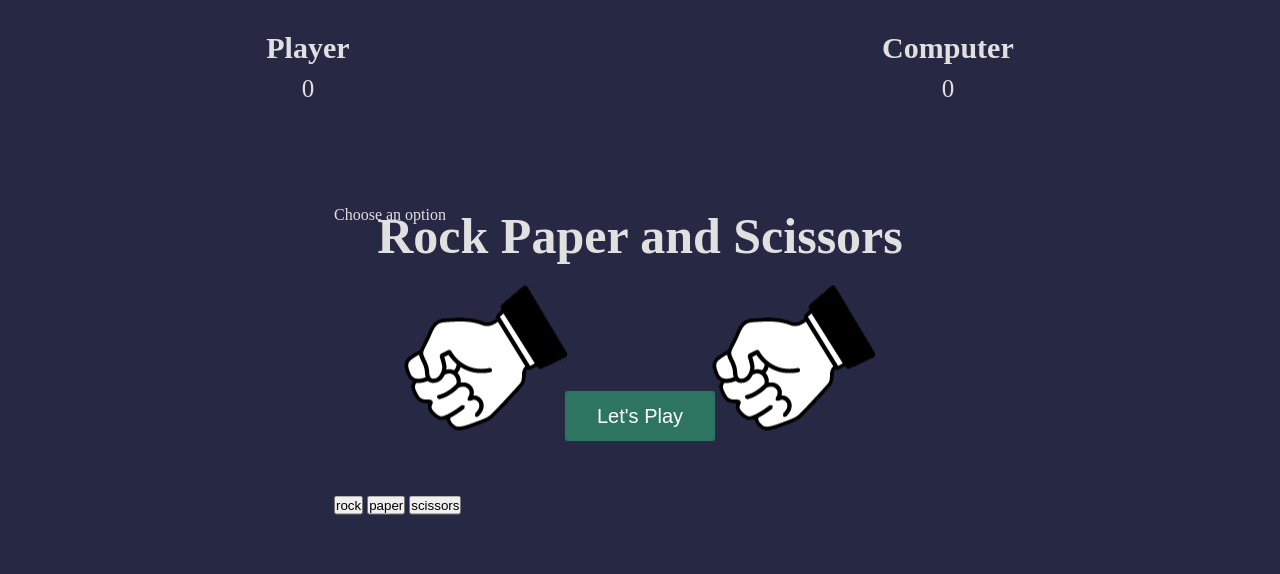
Repository: issaRan/Rock-Paper-Scissors
Page: index.html
An editor plug-in stored every save of this project. The page is shown before and after the next save, followed by the edit.
The browser window is 1280 px wide. The pictures show the whole page.

Above is the page before, as saved 2020-10-23 22:37:14.

### index.html
<!DOCTYPE html>
<html lang="en">
<head>
    <meta charset="UTF-8">
    <meta name="viewport" content="width=device-width, initial-scale=1.0">
    <title>Rock Paper Scissors</title>
    <link rel="stylesheet" href="./style.css">
    <script src="app.js"></script>
</head>
<body>
    <section class="game">
        <div class="score">
            <div class="player-score">
                <h2>Player</h2>
                <p>0</p>
            </div>
            <div class="computer-score">
                <h2>Computer</h2>
                <p>0</p>
            </div>
        </div>
        <div class="intro">
            <h1>Rock Paper and Scissors</h1>
            <button>Let's Play</button>
        </div>
        <div class="match">
            <div class="winner">Choose an option</div>
            <div class="hands">
                <img class="player-hand" src="assets/rock.png" alt="">
                <img class="computer-hand" src="assets/rock.png" alt="">
            </div>
            <div class="option"></div>
                <button class="rock">rock</button>
                <button class="paper">paper</button>
                <button class="scissors">scissors</button>
        </div>
    </section>
</body>
</html>

### style.css
*{
    margin: 0;
    padding: 0;
    box-sizing: border-box;
}

section{
    height: 100vh;
    background-color: rgba(39, 41, 68);
    font-family: 'Times New Roman', Times, serif;
}
.score{
    color: rgba(224, 224, 224);
    height: 20vh;
    display: flex;
    justify-content: space-around;
    align-items: center;
}
.score h2 {
    font-size: 30px;
}
.score p {
    text-align: center;
    padding: 10px;
    font-size: 25px;
}

.intro {
    color: rgba(224, 224, 224);
    height: 50vh;
    flex-direction: column;
    display: flex;
    align-items: center;
    justify-content: space-around;
}
.intro h1 {
    font-size: 50px;
}
.intro button {
    width: 150px;
    height: 50px;
    background: none;
    border: none;
    color: white;
    font-size: 20px;
    background-color: rgb(45,117,96);
    border-radius: 3px;
}

.match {
    position: absolute;
    top: 50%;
    left: 50%;
    transform: translate(-50%,-50%);
}
.winner {
    color: rgba(224, 224, 224);
}

Loaded but not shown: app.js (no copy from this time; the picture is the same without it)

After the next save:
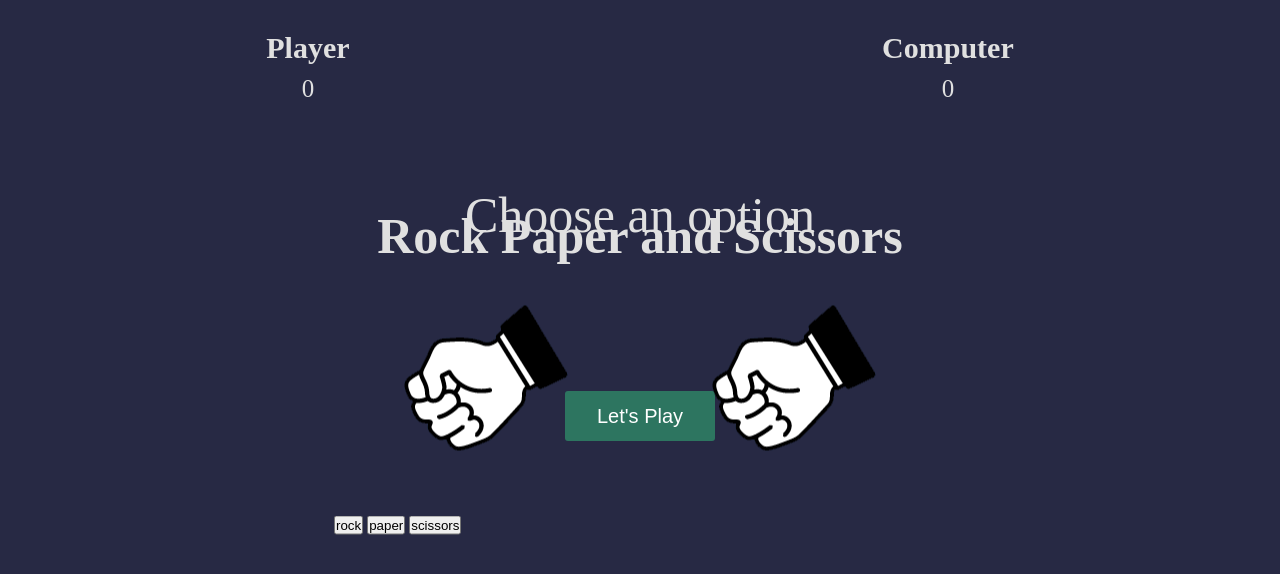
Saved 38 s later.
--- a/style.css
+++ b/style.css
@@ -55,4 +55,6 @@ section{
 }
 .winner {
     color: rgba(224, 224, 224);
+    text-align: center;
+    font-size: 50px;
 }
